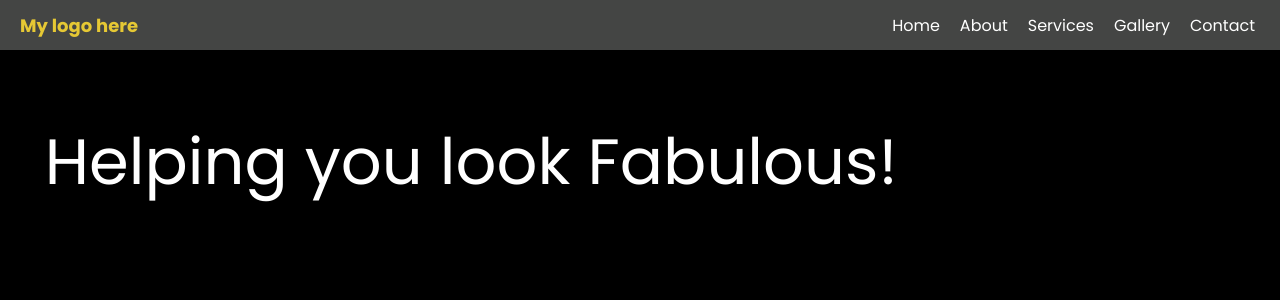
Repository: buzzedison/gardens
Page: index.html
These files come from the project's save history. The page is drawn as it stood at one moment and after the next save; the edit follows.
The browser window is 1280 px wide. The pictures show the whole page.

Above is the page before, as saved 2022-01-12 17:03:27.

### index.html
<!DOCTYPE html>
<html lang="en">
<head>
    <meta charset="UTF-8">
    <meta http-equiv="X-UA-Compatible" content="IE=edge">
    <meta name="viewport" content="width=device-width, initial-scale=1.0">
    <title>Navbar</title>
    <script src="index.js" defer></script>
    <link rel="stylesheet" href="/css/styles.css">
</head>
<body>
    <div>

        <Header>
            <div id="logo"> <a href="/">My logo here</a></div>
            <nav>
<ul>
    <li> <a href="/"> Home</a></li>
    <li> <a href="/"> About</a></li>
    <li> <a href="/"> Services</a></li>
    <li> <a href="/"> Gallery</a></li>
    <li> <a href="/">  Contact</a></li>
</ul>

 </nav>
            <!-- Mobile version -->
            <div id="mobile-icon" onclick="toggleMobileMenu(this)">
                <div class="bar1"></div>
                <div class="bar2"></div>
                <div class="bar3"></div>
                <ul class="mobile-menu">
                  <li><a href="/">Home</a></li>
                  <li><a href="/">About</a></li>
                  <li><a href="/">Services</a></li>
                  <li><a href="/">Gallery</a></li>
                  <li><a href="/">Contact</a></li>

                </ul>
              </div>
        </Header>
        <main class="container">
            <section1>
                <p class="section-title">Helping you look  <span id="fab">Fabulous!</span></p>
            </section1>

        </main>
    </div>
</body>
</html>

### css/styles.css
@import url("https://fonts.googleapis.com/css2?family=Poppins:wght@400;700&display=swap");

* {
  padding: 0;
  margin: 0;
  box-sizing: border-box;
}

body {
  color: black;
  font-family: "Poppins", sans-serif;
  background-color:black;
}

header a {
  text-decoration: none;
}

header {
  padding: 0 20px;
  background-color: #444544;
  height: 50px;
  display: flex;
  justify-content: space-between;
}

#logo {
  font-weight: bold;
  font-size: 18px;
  display: flex;
  align-items: center;
}

#logo a {
  color: #e6c834;
}

ul {
  list-style: none;
  height: 100%;
  display: flex;
  align-items: center;
  justify-content: space-around;
}

ul a {
  color: white;
}

ul li {
  padding: 5px;
  margin-left: 10px;
}

ul li:hover {
  transform: scale(1.1);
  transition: 0.3s;
}




#mobile-icon {
  margin: auto 0;
  display: none;
  cursor: pointer;
}

#mobile-icon div {
  width: 35px;
  height: 3px;
  background-color: white;

  margin: 6px 0;
  transition: 0.4s;
}

.open .bar1 {
  -webkit-transform: rotate(-45deg) translate(-6px, 6px);
  transform: rotate(-45deg) translate(-6px, 6px);
}

.open .bar2 {
  opacity: 0;
}

.open .bar3 {
  -webkit-transform: rotate(45deg) translate(-6px, -8px);
  transform: rotate(45deg) translate(-6px, -8px);
}

.open .mobile-menu {
  display: flex;
  flex-direction: column;
  align-items: center;
  justify-content: flex-start;
}

.mobile-menu {
  display: none;
  position: absolute;
  top: 50px;
  left: 0;
  height: calc(100vh - 50px);
  width: 100%;

}

.mobile-menu li {
  margin-bottom: 10px;

}

@media only screen and (max-width: 600px) {
  header nav {
    display: none;
  }

  #mobile-icon {
    display: block;
  }
}


.section-title{
  color: white;
  font-size: 4em;
  padding-top: 1em;
  padding-left: 0.7em;
}

Loaded but not shown: index.js (common file)

After the next save:
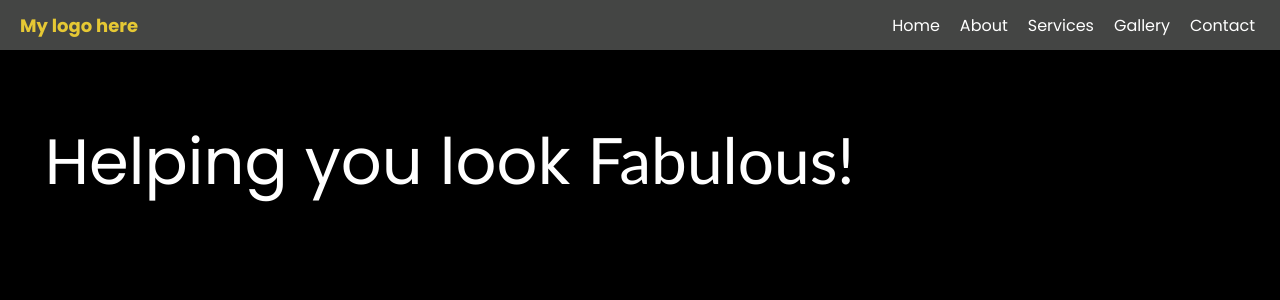
Saved 62 s later.
--- a/css/styles.css
+++ b/css/styles.css
@@ -128,3 +128,7 @@ ul li:hover {
   padding-top: 1em;
   padding-left: 0.7em;
 }
+
+#fab {
+  font-family: 'Trebuchet MS', 'Lucida Sans Unicode', 'Lucida Grande', 'Lucida Sans', Arial, sans-serif;
+}
